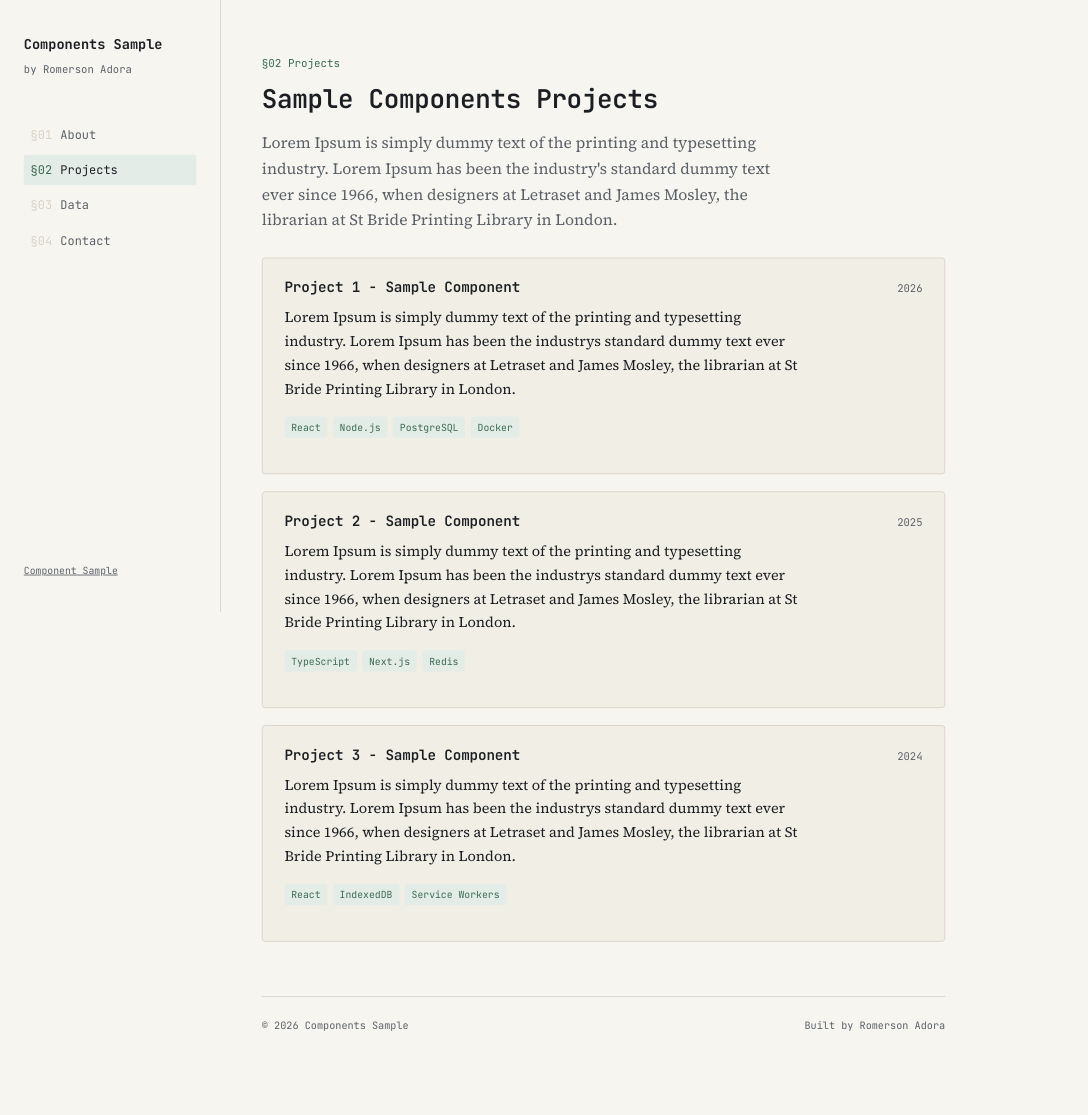
Repository: rsondev/Components-Project
Page: /projects
An editor plug-in stored every save of this project. The page is shown before and after the next save, followed by the edit.
The browser window is 1280 px wide. The pictures show the whole page, at 85% of full size.
The project was rebuilt for these pictures with package versions that can differ from the ones it lists, and the page was loaded fresh each time. Also part of the build but not shown: vite.config.js, src/components/Button.jsx, src/pages/Home.jsx, src/components/DataStats.jsx, src/data/skills.js, src/pages/Data.jsx, src/components/ContactForm.jsx, src/pages/Contact.jsx.

Above is the page before, as saved 2026-09-12 13:51:58.

### index.html
<!doctype html>
<html lang="en">
  <head>
    <meta charset="UTF-8" />
    <meta name="viewport" content="width=device-width, initial-scale=1.0" />
    <title>Sample Component | By: Romerson Adora</title>
    <link rel="preconnect" href="https://fonts.googleapis.com" />
    <link rel="preconnect" href="https://fonts.gstatic.com" crossorigin />
    <link
      href="https://fonts.googleapis.com/css2?family=JetBrains+Mono:wght@400;500;600;700&family=Source+Serif+4:opsz,wght@8..60,400;8..60,500;8..60,600;8..60,700&display=swap"
      rel="stylesheet"
    />
  </head>
  <body>
    <div id="root"></div>
    <script type="module" src="/src/main.jsx"></script>
  </body>
</html>

### src/App.jsx
import React from 'react'
import { Routes, Route } from 'react-router-dom'
import Sidebar from './components/Sidebar.jsx'
import Home from './pages/Home.jsx'
import Projects from './pages/Projects.jsx'
import Data from './pages/Data.jsx'
import Contact from './pages/Contact.jsx'

export default function App() {
  return (
    <div className="layout">
      <Sidebar />
      <main className="content">
        <Routes>
          <Route path="/" element={<Home />} />
          <Route path="/projects" element={<Projects />} />
          <Route path="/data" element={<Data />} />
          <Route path="/contact" element={<Contact />} />
          <Route
            path="*"
            element={
              <>
                <div className="page-eyebrow">404</div>
                <h1 className="page-title">Page not found</h1>
                <p>That page doesn't exist. Try the nav on the left.</p>
              </>
            }
          />
        </Routes>
      </main>
    </div>
  )
}

### src/index.css
:root {
  --paper: #f7f5f0;
  --paper-alt: #f1eee6;
  --ink: #1b1f23;
  --ink-soft: #5b6168;
  --line: #d8d3c7;
  --accent: #3a6b54;
  --accent-soft: #e4ece7;
  --rust: #b5482c;
  --mono: 'JetBrains Mono', ui-monospace, 'SFMono-Regular', Menlo, monospace;
  --serif: 'Source Serif 4', Georgia, 'Times New Roman', serif;
  --content-max: 640px;
  --sidebar-w: 260px;
}

* {
  box-sizing: border-box;
}

html,
body {
  margin: 0;
  padding: 0;
}

body {
  background: var(--paper);
  color: var(--ink);
  font-family: var(--serif);
  font-size: 17px;
  line-height: 1.65;
  -webkit-font-smoothing: antialiased;
}

h1,
h2,
h3,
h4 {
  font-family: var(--mono);
  font-weight: 600;
  line-height: 1.25;
  letter-spacing: -0.01em;
  margin: 0 0 0.6em;
}

p {
  margin: 0 0 1.1em;
  max-width: 68ch;
}

a {
  color: var(--accent);
}

a:focus-visible,
button:focus-visible,
input:focus-visible,
textarea:focus-visible {
  outline: 2px solid var(--accent);
  outline-offset: 2px;
}

::selection {
  background: var(--accent-soft);
}

.layout {
  display: flex;
  min-height: 100vh;
}

/* ---------- Sidebar ---------- */

.sidebar {
  width: var(--sidebar-w);
  flex-shrink: 0;
  border-right: 1px solid var(--line);
  padding: 2.5rem 1.75rem;
  position: sticky;
  top: 0;
  height: 100vh;
  display: flex;
  flex-direction: column;
  justify-content: space-between;
}

.sidebar-top .brand {
  font-family: var(--mono);
  font-weight: 700;
  font-size: 1rem;
  color: var(--ink);
  text-decoration: none;
  display: block;
}

.sidebar-top .role {
  font-family: var(--mono);
  font-size: 0.78rem;
  color: var(--ink-soft);
  margin-top: 0.35rem;
}

.sidebar-nav {
  margin-top: 3rem;
  display: flex;
  flex-direction: column;
  gap: 0.35rem;
}

.sidebar-nav a {
  font-family: var(--mono);
  font-size: 0.88rem;
  text-decoration: none;
  color: var(--ink-soft);
  padding: 0.4rem 0.5rem;
  border-radius: 3px;
  display: flex;
  gap: 0.6rem;
}

.sidebar-nav a .tag {
  color: var(--line);
}

.sidebar-nav a:hover {
  color: var(--ink);
  background: var(--paper-alt);
}

.sidebar-nav a.active {
  color: var(--ink);
  background: var(--accent-soft);
}

.sidebar-nav a.active .tag {
  color: var(--accent);
}

.sidebar-foot {
  font-family: var(--mono);
  font-size: 0.72rem;
  color: var(--ink-soft);
}

.sidebar-foot a {
  color: var(--ink-soft);
}

/* Mobile top bar */
.topbar {
  display: none;
}

@media (max-width: 860px) {
  .sidebar {
    display: none;
  }
  .topbar {
    display: flex;
    align-items: center;
    justify-content: space-between;
    padding: 1.1rem 1.25rem;
    border-bottom: 1px solid var(--line);
    position: sticky;
    top: 0;
    background: var(--paper);
    z-index: 10;
  }
  .topbar .brand {
    font-family: var(--mono);
    font-weight: 700;
    text-decoration: none;
    color: var(--ink);
    font-size: 0.95rem;
  }
  .topbar-nav {
    display: flex;
    gap: 1rem;
  }
  .topbar-nav a {
    font-family: var(--mono);
    font-size: 0.78rem;
    text-decoration: none;
    color: var(--ink-soft);
  }
  .topbar-nav a.active {
    color: var(--accent);
  }
}

/* ---------- Main content ---------- */

.content {
  flex: 1;
  padding: 4rem 3rem 6rem;
  max-width: 900px;
}

@media (max-width: 860px) {
  .content {
    padding: 2.5rem 1.25rem 4rem;
  }
}

.page-eyebrow {
  font-family: var(--mono);
  font-size: 0.8rem;
  color: var(--accent);
  margin-bottom: 0.75rem;
}

.page-title {
  font-size: 1.9rem;
  max-width: var(--content-max);
}

.page-lede {
  font-family: var(--serif);
  font-size: 1.15rem;
  color: var(--ink-soft);
  max-width: var(--content-max);
}

.section {
  margin-top: 3.5rem;
  padding-top: 2.25rem;
  border-top: 1px solid var(--line);
}

.section-title {
  font-size: 1.05rem;
}

/* ---------- Button component ---------- */

.btn {
  font-family: var(--mono);
  font-size: 0.85rem;
  font-weight: 500;
  border-radius: 3px;
  padding: 0.65rem 1.1rem;
  border: 1px solid transparent;
  cursor: pointer;
  display: inline-flex;
  align-items: center;
  gap: 0.5rem;
  text-decoration: none;
  transition: background 0.15s ease, border-color 0.15s ease, color 0.15s ease;
}

.btn-primary {
  background: var(--ink);
  color: var(--paper);
}

.btn-primary:hover {
  background: var(--accent);
}

.btn-ghost {
  background: transparent;
  color: var(--ink);
  border-color: var(--line);
}

.btn-ghost:hover {
  border-color: var(--ink);
}

.btn:disabled {
  opacity: 0.55;
  cursor: not-allowed;
}

/* ---------- Project cards ---------- */

.project-grid {
  display: grid;
  grid-template-columns: 1fr;
  gap: 1.25rem;
  margin-top: 1.75rem;
}

.project-card {
  border: 1px solid var(--line);
  border-radius: 4px;
  padding: 1.5rem 1.6rem;
  background: var(--paper-alt);
}

.project-card-head {
  display: flex;
  justify-content: space-between;
  align-items: baseline;
  gap: 1rem;
  flex-wrap: wrap;
}

.project-card h3 {
  font-size: 1.05rem;
}

.project-year {
  font-family: var(--mono);
  font-size: 0.78rem;
  color: var(--ink-soft);
  white-space: nowrap;
}

.project-stack {
  display: flex;
  flex-wrap: wrap;
  gap: 0.4rem;
  margin: 0.9rem 0 1.1rem;
}

.chip {
  font-family: var(--mono);
  font-size: 0.72rem;
  color: var(--accent);
  background: var(--accent-soft);
  padding: 0.2rem 0.5rem;
  border-radius: 3px;
}

.project-links {
  display: flex;
  gap: 0.75rem;
  margin-top: 1rem;
}

/* ---------- Data / stats component ---------- */

.data-block {
  margin-top: 2rem;
}

.data-block-title {
  font-family: var(--mono);
  font-size: 0.85rem;
  color: var(--ink-soft);
  margin-bottom: 0.9rem;
}

.stat-row {
  display: grid;
  grid-template-columns: 140px 1fr 46px;
  align-items: center;
  gap: 1rem;
  padding: 0.55rem 0;
  border-bottom: 1px solid var(--line);
}

.stat-row:last-child {
  border-bottom: none;
}

.stat-label {
  font-family: var(--mono);
  font-size: 0.85rem;
}

.stat-track {
  height: 6px;
  background: var(--paper-alt);
  border-radius: 3px;
  overflow: hidden;
  border: 1px solid var(--line);
}

.stat-fill {
  height: 100%;
  background: var(--accent);
}

.stat-value {
  font-family: var(--mono);
  font-size: 0.78rem;
  color: var(--ink-soft);
  text-align: right;
}

.metric-grid {
  display: grid;
  grid-template-columns: repeat(auto-fit, minmax(140px, 1fr));
  gap: 1px;
  background: var(--line);
  border: 1px solid var(--line);
  margin-top: 1.5rem;
}

.metric-cell {
  background: var(--paper);
  padding: 1.1rem 1.2rem;
}

.metric-num {
  font-family: var(--mono);
  font-size: 1.6rem;
  color: var(--rust);
  display: block;
}

.metric-label {
  font-family: var(--mono);
  font-size: 0.72rem;
  color: var(--ink-soft);
  margin-top: 0.3rem;
}

/* ---------- Contact form ---------- */

.contact-form {
  max-width: var(--content-max);
  margin-top: 2rem;
  display: flex;
  flex-direction: column;
  gap: 1.25rem;
}

.field {
  display: flex;
  flex-direction: column;
  gap: 0.4rem;
}

.field label {
  font-family: var(--mono);
  font-size: 0.78rem;
  color: var(--ink-soft);
}

.field input,
.field textarea {
  font-family: var(--serif);
  font-size: 1rem;
  padding: 0.7rem 0.8rem;
  border: 1px solid var(--line);
  border-radius: 3px;
  background: var(--paper-alt);
  color: var(--ink);
  resize: vertical;
}

.field input:focus,
.field textarea:focus {
  background: var(--paper);
}

.field-error {
  font-family: var(--mono);
  font-size: 0.72rem;
  color: var(--rust);
}

.form-status {
  font-family: var(--mono);
  font-size: 0.85rem;
  padding: 0.75rem 0.9rem;
  border-radius: 3px;
  border: 1px solid var(--accent);
  background: var(--accent-soft);
  color: var(--accent);
}

/* ---------- Footer ---------- */

.page-footer {
  margin-top: 4rem;
  padding-top: 1.5rem;
  border-top: 1px solid var(--line);
  font-family: var(--mono);
  font-size: 0.75rem;
  color: var(--ink-soft);
  display: flex;
  justify-content: space-between;
  flex-wrap: wrap;
  gap: 0.5rem;
}

### src/components/Sidebar.jsx
import React from 'react'
import { NavLink } from 'react-router-dom'

const links = [
  { to: '/', label: 'About', tag: '§01' },
  { to: '/projects', label: 'Projects', tag: '§02' },
  { to: '/data', label: 'Data', tag: '§03' },
  { to: '/contact', label: 'Contact', tag: '§04' },
]

export default function Sidebar() {
  return (
    <>
      <aside className="sidebar">
        <div className="sidebar-top">
          <NavLink to="/" className="brand">
            Components Sample
          </NavLink>
          <div className="role">by Romerson Adora</div>

          <nav className="sidebar-nav">
            {links.map((link) => (
              <NavLink
                key={link.to}
                to={link.to}
                end={link.to === '/'}
                className={({ isActive }) => (isActive ? 'active' : '')}
              >
                <span className="tag">{link.tag}</span>
                {link.label}
              </NavLink>
            ))}
          </nav>
        </div>

        <div className="sidebar-foot">
          <a href="mailto:romersoncruzadora@gmail.com">Component Sample</a>
        </div>
      </aside>

      <div className="topbar">
        <NavLink to="/" className="brand">
          Alex Rivera
        </NavLink>
        <nav className="topbar-nav">
          {links.map((link) => (
            <NavLink
              key={link.to}
              to={link.to}
              end={link.to === '/'}
              className={({ isActive }) => (isActive ? 'active' : '')}
            >
              {link.label}
            </NavLink>
          ))}
        </nav>
      </div>
    </>
  )
}

### src/pages/Projects.jsx
import React from 'react'
import ProjectCard from '../components/ProjectCard.jsx'
import Footer from '../components/Footer.jsx'
import projects from '../data/projects.js'
import Button from '../components/Button.jsx'

export default function Projects() {
  return (
    <>
      <div className="page-eyebrow">§02 Projects</div>
      <h1 className="page-title">Sample Components Projects</h1>
      <p className="page-lede">
        Lorem Ipsum is simply dummy text of the printing and typesetting industry. Lorem Ipsum has been the industry's standard dummy
        text ever since 1966, when designers at Letraset and James Mosley, the librarian at St Bride Printing Library in London.
      </p>


      <div className="project-grid">
        {projects.map((project) => (
          <ProjectCard project={project} key={project.id} />
        ))}
      </div>

      <Footer />
    </>
  )
}

### src/components/Footer.jsx
import React from 'react'

export default function Footer() {
  return (
    <footer className="page-footer">
      <span>© {new Date().getFullYear()} Components Sample</span>
      <span>Built by Romerson Adora</span>
    </footer>
  )
}

### src/components/ProjectCard.jsx
import React from 'react'
import Button from './Button.jsx'

export default function ProjectCard({ project }) {
  const { title, year, description, stack, liveUrl, codeUrl } = project

  return (
    <article className="project-card">
      <div className="project-card-head">
        <h3>{title}</h3>
        <span className="project-year">{year}</span>
      </div>

      <p>{description}</p>

      <div className="project-stack">
        {stack.map((tech) => (
          <span className="chip" key={tech}>
            {tech}
          </span>
        ))}
      </div>

      {(liveUrl || codeUrl) && (
        <div className="project-links">
          {liveUrl && (
            <Button href={liveUrl} variant="ghost">
              View live
            </Button>
          )}
          {codeUrl && (
            <Button href={codeUrl} variant="ghost">
              View code
            </Button>
          )}
        </div>
      )}
    </article>
  )
}

### src/data/projects.js
const projects = [
  {
    id: 'proj-01',
    title: 'Project 1 - Sample Component',
    year: '2026',
    description:
      ' Lorem Ipsum is simply dummy text of the printing and typesetting industry. Lorem Ipsum has been the industrys standard dummy text ever since 1966, when designers at Letraset and James Mosley, the librarian at St Bride Printing Library in London.',
    stack: ['React', 'Node.js', 'PostgreSQL', 'Docker'],
    liveUrl: '',
    codeUrl: '',
  },
  {
    id: 'proj-02',
     title: 'Project 2 - Sample Component',
    year: '2025',
    description:
      ' Lorem Ipsum is simply dummy text of the printing and typesetting industry. Lorem Ipsum has been the industrys standard dummy text ever since 1966, when designers at Letraset and James Mosley, the librarian at St Bride Printing Library in London.',
    stack: ['TypeScript', 'Next.js', 'Redis'],
    liveUrl: '',
    codeUrl: '',
  },
  {
    id: 'proj-03',
     title: 'Project 3 - Sample Component',
    year: '2024',
    description:
      ' Lorem Ipsum is simply dummy text of the printing and typesetting industry. Lorem Ipsum has been the industrys standard dummy text ever since 1966, when designers at Letraset and James Mosley, the librarian at St Bride Printing Library in London.',
    stack: ['React', 'IndexedDB', 'Service Workers'],
    liveUrl: '',
    codeUrl: '',
  },
]

export default projects

Loaded but not shown: src/main.jsx (common file)

After the next save:
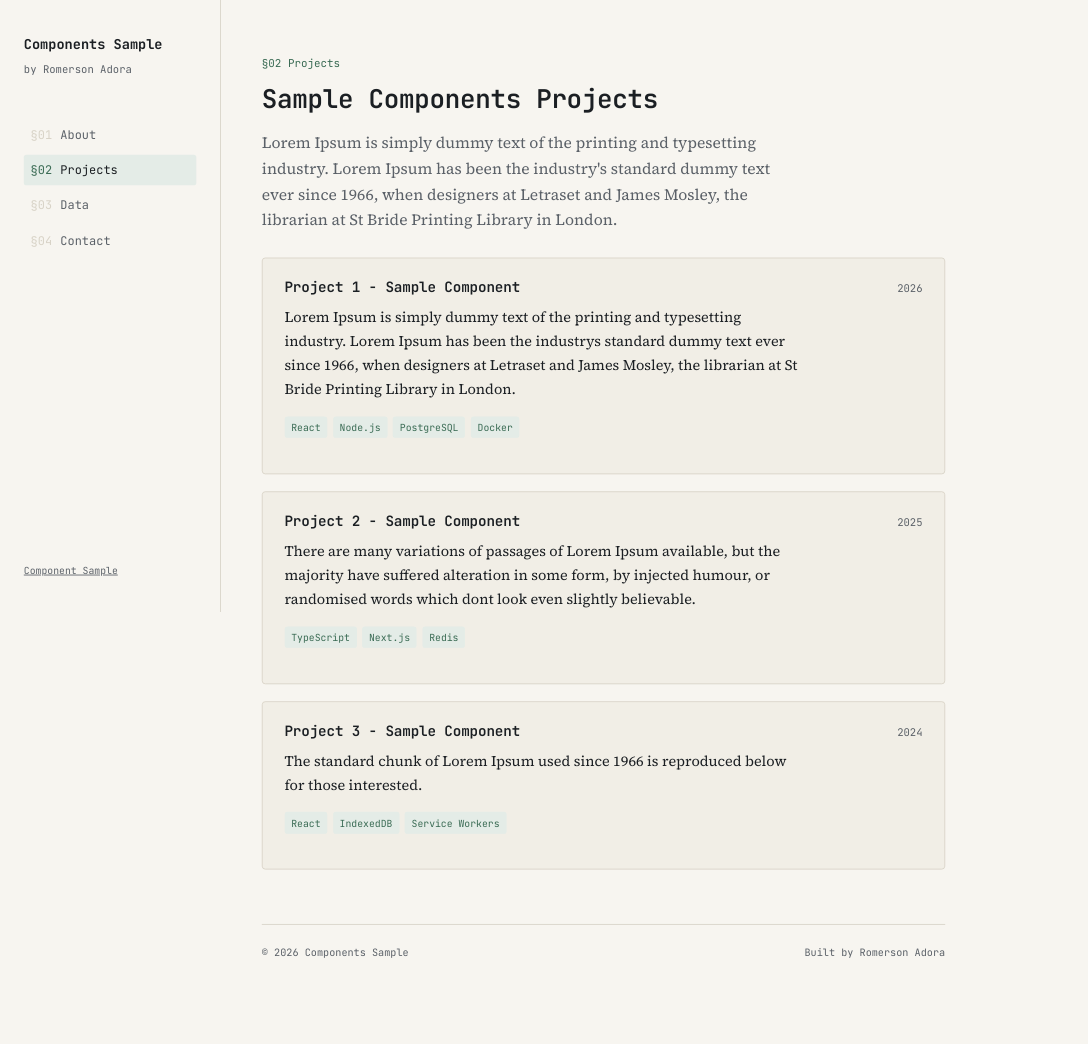
Saved 40 s later.
--- a/src/data/projects.js
+++ b/src/data/projects.js
@@ -14,7 +14,7 @@ const projects = [
      title: 'Project 2 - Sample Component',
     year: '2025',
     description:
-      ' Lorem Ipsum is simply dummy text of the printing and typesetting industry. Lorem Ipsum has been the industrys standard dummy text ever since 1966, when designers at Letraset and James Mosley, the librarian at St Bride Printing Library in London.',
+      'There are many variations of passages of Lorem Ipsum available, but the majority have suffered alteration in some form, by injected humour, or randomised words which dont look even slightly believable.',
     stack: ['TypeScript', 'Next.js', 'Redis'],
     liveUrl: '',
     codeUrl: '',
@@ -24,7 +24,7 @@ const projects = [
      title: 'Project 3 - Sample Component',
     year: '2024',
     description:
-      ' Lorem Ipsum is simply dummy text of the printing and typesetting industry. Lorem Ipsum has been the industrys standard dummy text ever since 1966, when designers at Letraset and James Mosley, the librarian at St Bride Printing Library in London.',
+      'The standard chunk of Lorem Ipsum used since 1966 is reproduced below for those interested.',
     stack: ['React', 'IndexedDB', 'Service Workers'],
     liveUrl: '',
     codeUrl: '',
